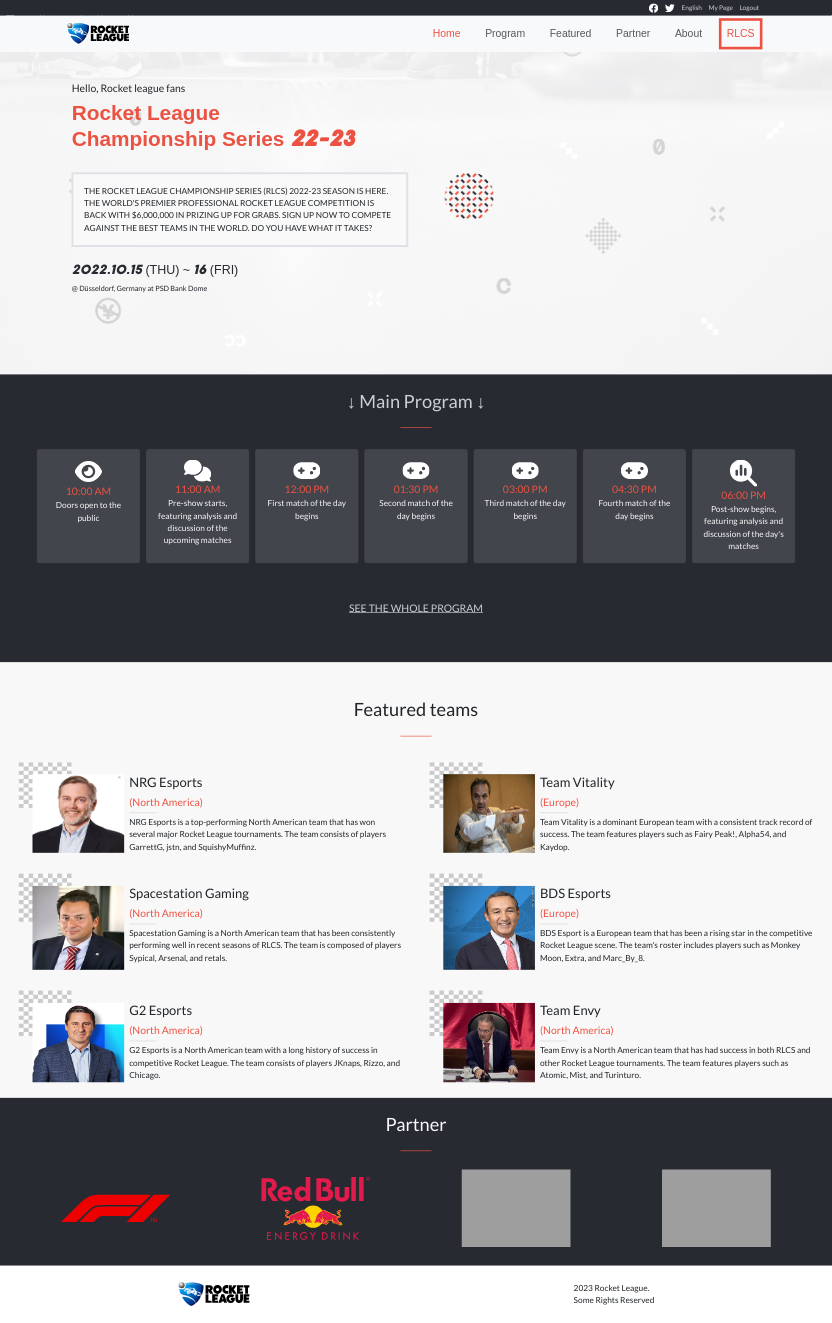
Repository: Salimer/RLCS-event-landing-page
Page: index.html
These files come from the project's save history. The page is drawn as it stood at one moment and after the next save; the edit follows.
The browser window is 1280 px wide. The pictures show the whole page, at 65% of full size.
Pictures or frames that could not be fetched are drawn as grey boxes. Backgrounds fixed to the window are drawn as part of the page.

Above is the page before, as saved 2023-04-20 15:43:18.

After the next save:
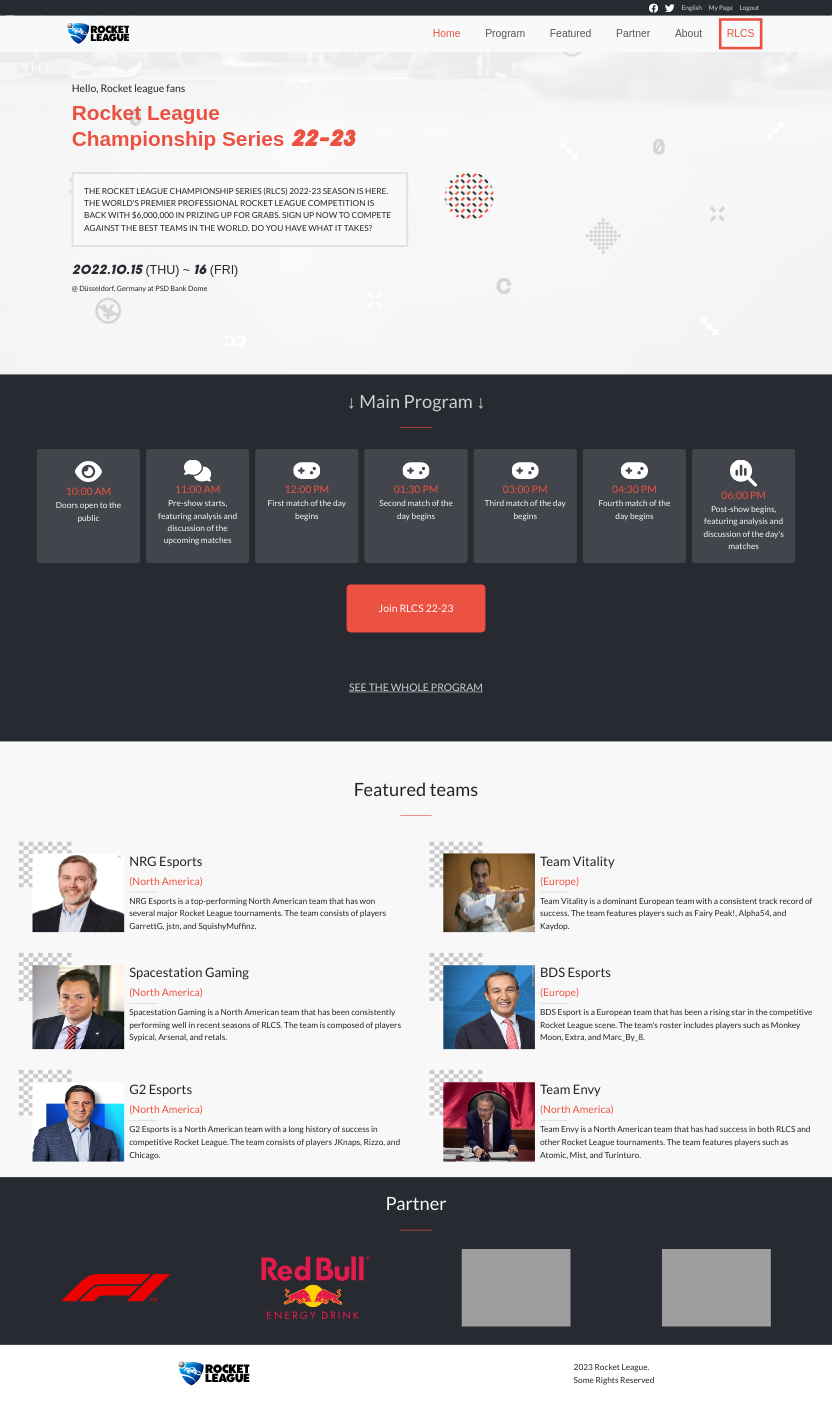
Saved 13 s later.
--- a/index.html
+++ b/index.html
@@ -113,7 +113,7 @@
                 <p class="card-text text-light">Post-show begins, featuring analysis and discussion of the day's matches</p>
               </article>
             </div>
-
+            <button type="button" class="btn btn-danger py-4 px-5 my-4">Join RLCS 22-23</button>
             <a id="whole-program" class="py-4 px-5 my-4" href="#">SEE THE WHOLE PROGRAM</a>
         </section>
         <section id="featured" class="featured d-flex flex-column align-items-center p-2">
